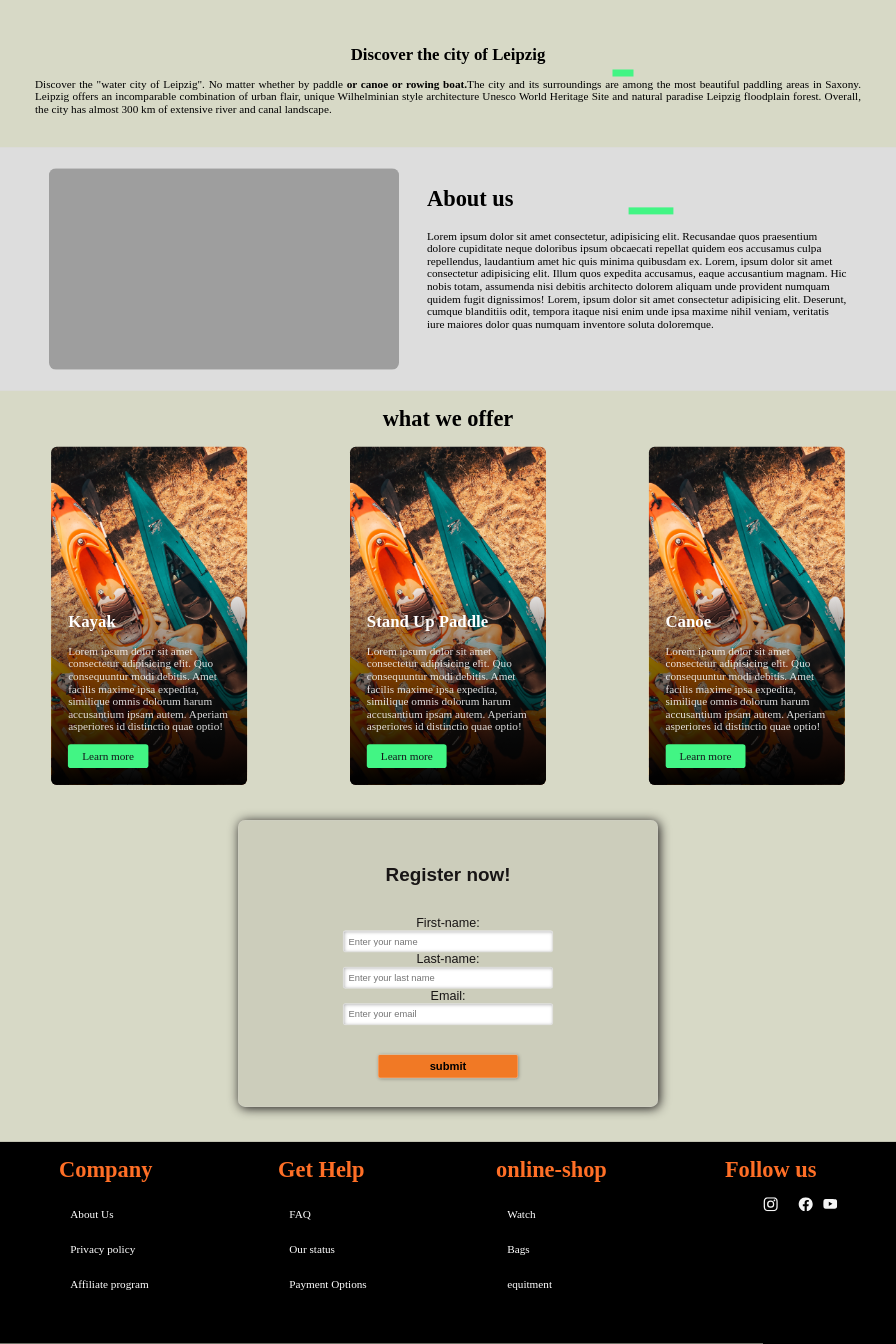
Repository: joseluis2289/Responsive-club-website
Page: index.html
An editor plug-in stored every save of this project. The page is shown before and after the next save, followed by the edit.
The browser window is 1280 px wide. The pictures show the part of the page from y = 775 to 2695 px (the page is 2695 px tall), at 70% of full size.
Pictures or frames that could not be fetched are drawn as grey boxes.

Above is the page before, as saved 2021-08-25 00:10:21.

After the next save:
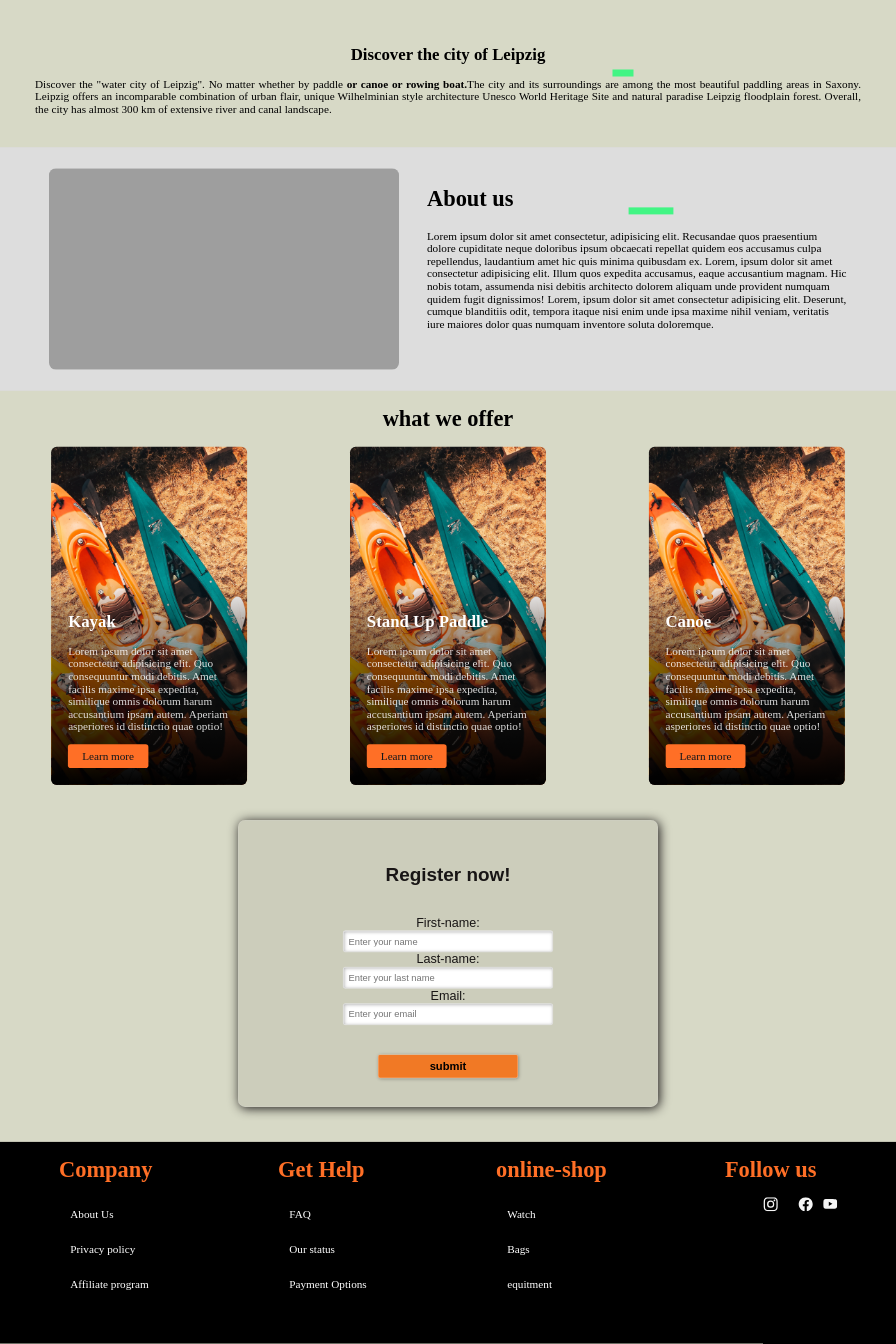
Saved 13 s later.
--- a/style.css
+++ b/style.css
@@ -266,7 +266,7 @@ position: relative;
     padding: 0.5em 1.3em;
     text-decoration: none;
     color: var(--clr-neutral-900);
-    background-color: var(--crl-accent-400);
+    background-color: var(--crl-accent-300);
     padding: 0.5em 1.25em;
     border-radius: 0.25em;
 }
